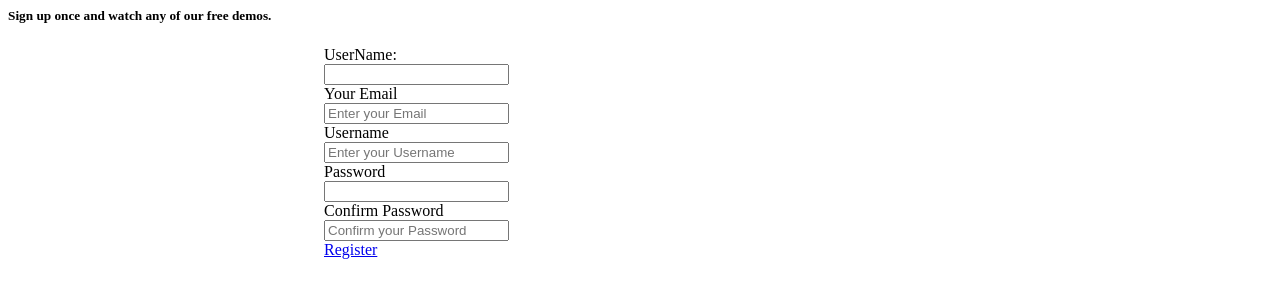
Repository: SUPRIGA/SecondProject
Page: CollaborationFrontEnd/src/main/webapp/user/register.html
An editor plug-in stored every save of this project. The page is shown before and after the next save, followed by the edit.
The browser window is 1280 px wide. The pictures show the whole page.

Above is the page before, as saved 2017-01-16 08:43:51.

After the next save:
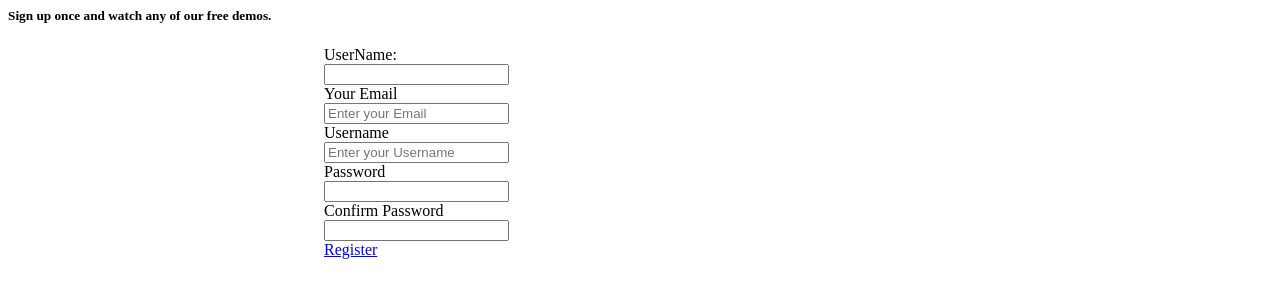
Saved 81 s later.
--- a/CollaborationFrontEnd/src/main/webapp/user/register.html
+++ b/CollaborationFrontEnd/src/main/webapp/user/register.html
@@ -183,7 +183,7 @@
 							<div class="cols-sm-10">
 								<div class="input-group">
 									<span class="input-group-addon"><i class="fa fa-lock fa-lg" aria-hidden="true"></i></span>
-									<input type="password" class="form-control" name="confirm" id="confirm"  placeholder="Confirm your Password"/>
+									<input type="password" class="form-control"type="password" id="confirmPass" name="confirmPass" for="confirmPass" ng-model="ctrl.user.confirmPass" onkeyup="checkPass(); return false;"/>
 								</div>
 							</div>
 						</div>
